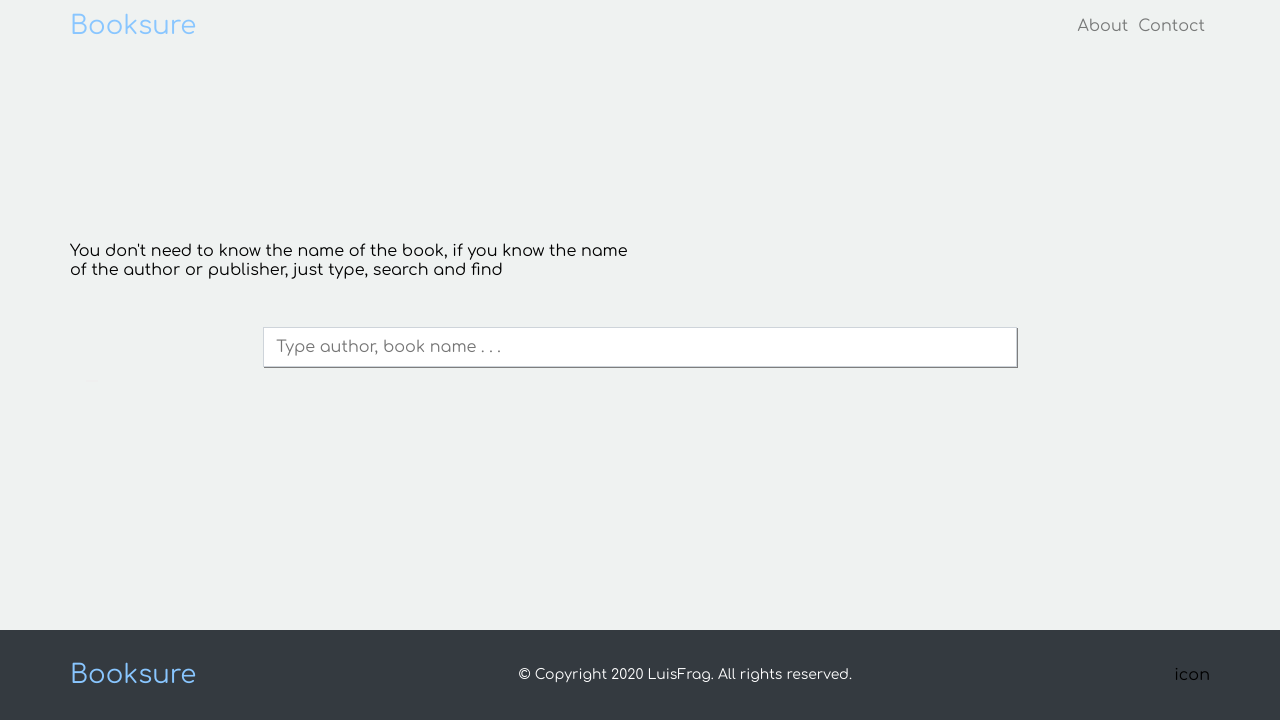
Repository: changesxxx/searchBooks
Page: /search
These files come from the project's save history. The page is drawn as it stood at one moment and after the next save; the edit follows.
The browser window is 1280 px wide. The pictures show the whole page.
The project was rebuilt for these pictures with package versions that can differ from the ones it lists, and the page was loaded fresh each time. Also part of the build but not shown: craco.config.js.

Above is the page before, as saved 2024-06-24 18:08:50.

After the next save:
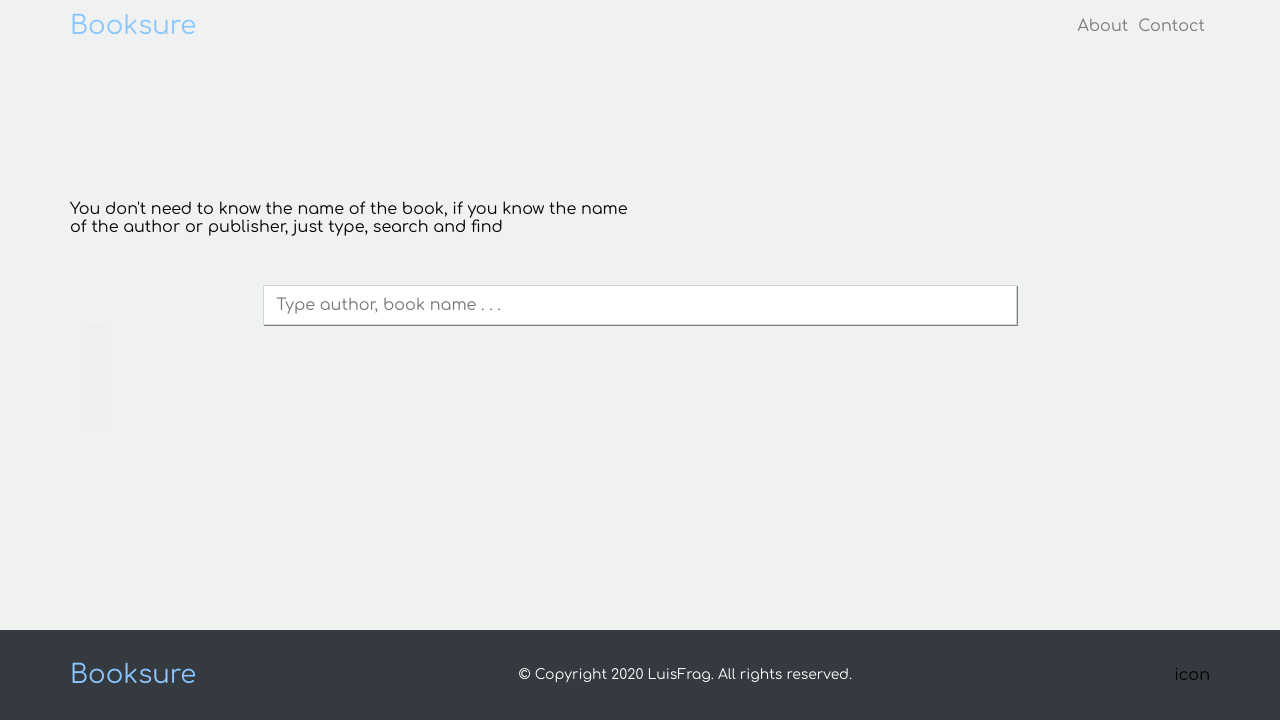
Saved 31 s later.
--- a/src/view/search/style.js
+++ b/src/view/search/style.js
@@ -18,7 +18,6 @@ const searchWrapper = styled.div`
     padding: 48px 16px;
 
     .search-input {
-      position: relative;
       display: block;
       box-sizing: border-box;
 
@@ -30,6 +29,11 @@ const searchWrapper = styled.div`
       box-shadow: 1px 1px #7e7e7e;
       border: 1px solid #ced4da;
     }
+
+    .search-btn {
+      width: 20px;
+      height: 100px;
+    }
   }
 `
 
